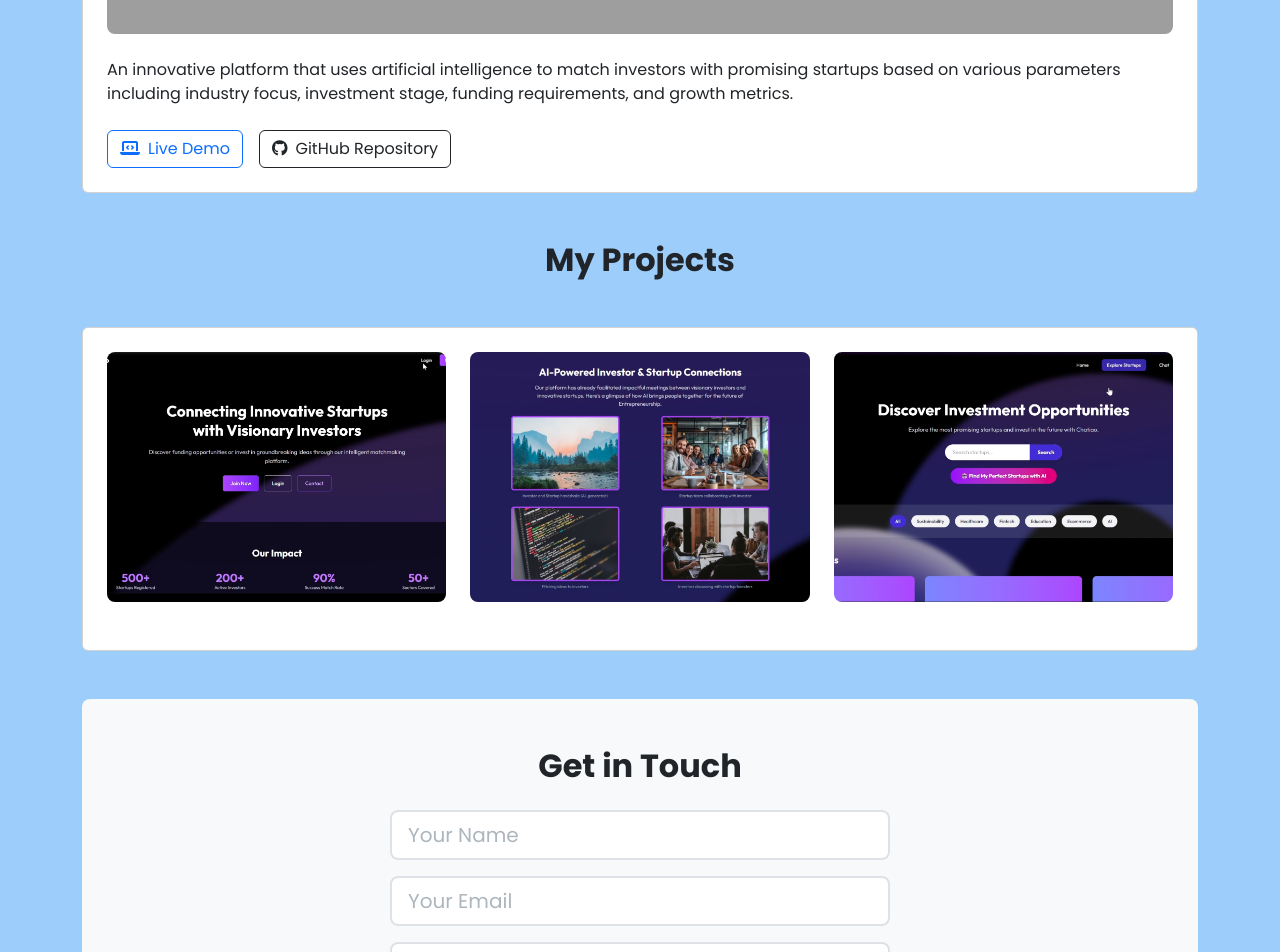
Repository: AdityaTech-Pro/Portfolio-Aditya-Verma
Page: Aditya Portfolio/index.html
An editor plug-in stored every save of this project. The page is shown before and after the next save, followed by the edit.
The browser window is 1280 px wide. The pictures show the part of the page from y = 4080 to 5032 px (the page is 5458 px tall).
Pictures or frames that could not be fetched are drawn as grey boxes.

Above is the page before, as saved 2026-01-08 00:17:00.

### Aditya Portfolio/index.html
<!DOCTYPE html>
<html lang="en">

<head>
    <meta charset="UTF-8">
    <meta name="viewport" content="width=device-width, initial-scale=1.0">
    <title>My Portfolio - Bootstrap Utilities</title>
    <!-- Bootstrap CSS -->
    <link href="https://cdn.jsdelivr.net/npm/bootstrap@5.3.2/dist/css/bootstrap.min.css" rel="stylesheet">
    <!-- Font Awesome for icons -->
    <link rel="stylesheet" href="https://cdnjs.cloudflare.com/ajax/libs/font-awesome/6.4.2/css/all.min.css">
    <!-- Google Font: Poppins -->
    <link href="https://fonts.googleapis.com/css2?family=Poppins:wght@300;400;600;700&display=swap" rel="stylesheet">
    <!-- Local custom styles -->
    <link rel="stylesheet" href="styles.css">
    <style>
        /* Custom styles to complement Bootstrap */

         :root {
            --bg: #9dcdfa;
            --card-bg: #ffffff;
            --accent: #0d6efd;
            --text: #212529;
        }

        body {
            background-color: var(--bg);
            color: var(--text);
            transition: background-color 0.3s ease, color 0.3s ease;
        }

        .profile-section {
            background: linear-gradient(to bottom, #f8f9fa, #e9ecef);
            transition: transform 0.3s ease, background 0.3s ease;
        }
        /* Top bar with theme toggle */

        .topbar {
            display: flex;
            justify-content: flex-end;
            align-items: center;
            gap: 1rem;
            margin-bottom: 1rem;
        }

        .theme-toggle {
            display: inline-flex;
            align-items: center;
            gap: 0.5rem;
            background: transparent;
            border: 1px solid rgba(0, 0, 0, 0.08);
            padding: 0.6rem 1rem;
            border-radius: 999px;
            cursor: pointer;
            color: var(--text);
            transition: all 0.3s ease;
        }

        .theme-toggle:hover {
            background: rgba(0, 0, 0, 0.05);
            transform: translateY(-1px);
        }

        .theme-toggle:active {
            transform: translateY(1px);
        }

        .theme-toggle i {
            font-size: 1.1rem;
        }

        .theme-toggle .fa-sun {
            color: #ff9500;
        }

        .theme-toggle .fa-moon {
            display: none;
            color: #6366f1;
        }

        .dark-theme .theme-toggle .fa-sun {
            display: none;
        }

        .dark-theme .theme-toggle .fa-moon {
            display: inline-block;
        }

        .btn-custom {
            transition: transform 0.3s ease;
        }

        .btn-custom:hover {
            transform: translateY(-2px);
        }

        .form-control:focus {
            box-shadow: 0 0 0 0.25rem rgba(13, 110, 253, 0.2);
        }

        .profile-img {
            width: 200px;
            height: 200px;
            object-fit: cover;
            border: 4px solid white;
            box-shadow: 0 4px 6px rgba(0, 0, 0, 0.1);
            transition: transform 0.25s ease;
        }

        .profile-img:hover {
            transform: scale(1.03);
        }
        /* Dark theme overrides */

        body.dark-theme {
            --bg: #0f1724;
            --card-bg: #111827;
            --muted: #9ca3af;
            --accent: #60a5fa;
            --text: #e6eef8;
        }

        .dark-theme .profile-section {
            background: linear-gradient(180deg, rgba(255, 255, 255, 0.02), rgba(255, 255, 255, 0.01));
        }

        .dark-theme .bg-light {
            background-color: #0b1220 !important;
            color: var(--text) !important;
            border: 1px solid rgba(255, 255, 255, 0.04);
        }

        .dark-theme .text-muted {
            color: var(--muted) !important;
        }

        .dark-theme .theme-toggle {
            border-color: rgba(255, 255, 255, 0.1);
        }

        .dark-theme .theme-toggle:hover {
            background: rgba(255, 255, 255, 0.05);
        }
        /* Small polish */

        .max-width-500 {
            max-width: 500px;
        }

        footer a {
            color: inherit;
        }

        @media (max-width: 768px) {
            .profile-img {
                width: 150px;
                height: 150px;
            }
            .topbar {
                justify-content: center;
            }
        }
        /* Project section styles */

        .project-img {
            height: 250px;
            object-fit: cover;
            border-radius: 8px;
        }

        .project-card {
            transition: transform 0.3s ease;
            background: var(--card-bg);
        }

        .project-card:hover {
            transform: translateY(-5px);
        }

        .project-links a {
            transition: opacity 0.3s ease;
        }

        .project-links a:hover {
            opacity: 0.8;
        }

        .video-container {
            position: relative;
            padding-bottom: 56.25%;
            /* 16:9 aspect ratio */
            height: 0;
            overflow: hidden;
            border-radius: 8px;
        }

        .video-container iframe {
            position: absolute;
            top: 0;
            left: 0;
            width: 100%;
            height: 100%;
            border: 0;
        }
    </style>
</head>

<body>
    <!-- Main Container -->
    <div class="container py-5">
        <!-- Top bar: theme toggle and quick actions -->
        <div class="topbar">
            <button id="themeToggle" class="theme-toggle" aria-pressed="false" aria-label="Toggle dark mode">
                <i class="fas fa-sun" aria-hidden="true"></i>
                <i class="fas fa-moon" aria-hidden="true"></i>
                <span class="visually-hidden">Toggle theme</span>
            </button>
        </div>
        <!-- Profile Section -->
        <section class="profile-section p-5 rounded-3 text-center mb-5">
            <img src="https://avatars.githubusercontent.com/u/219658559?s=400&u=7e5a78b2bf82817b3f897e4e53b1019b24af58ee&v=4" alt="Profile Picture" class="profile-img img-fluid rounded-circle mb-4">

            <h1 class="fw-bold mb-2">Aditya Verma</h1>
            <p class="text-muted fs-5 mb-4">Full Stack Web Developer who loves turning ideas into high-performance web applications. With expertise in full-stack MERN development, APIs, and AI 🧠⚙️, I focus on building smart, scalable solutions, Have Command on DSA while solving 500+
                Problem on Leetcode and Well aware about Oop 's ,DBMS ,Computer Network, OS</p>

            <!-- Action Buttons -->
            <div class="d-flex justify-content-center gap-3 mb-5">
                <button class="btn btn-primary btn-lg btn-custom">
                    Hire Me
                </button>
                <a href="./assets/AdityaVerma_Resume.pdf" class="btn btn-outline-primary " download>
                    <i class="fas fa-download me-2"></i>Download CV
                </a>
                <a href="https://www.linkedin.com/in/9905adityaverma/" class="btn btn-outline-primary " target="_blank ">
                    <i class="fa:linkedin-square"></i>My LinkedIn
                </a>
                <a href="https://github.com/AdityaTech-Pro" class="btn btn-outline-primary " target="_blank ">
                    <i class="fab fa-github me-2 "></i>My GitHub
                </a>

            </div>
        </section>

        <!-- Projects Section -->
        <section class="mb-5">
            <h2 class="text-center fw-bold mb-5"> My Projects</h2>

            <!--Project1-->
            <div class="card project-card mb-5">
                <div class="card-body p-4">
                    <h3 class="card-title fw-bold mb-3">AI-Based-Investor-Startup-Matchmaking-Platform</h3>

                    <!-- Project Images -->
                    <div class="row g-4 mb-4">
                        <div class="col-md-4">
                            <img src="./assets/P1a.png" alt="Project Screenshot 1" class="project-img img-fluid w-100">
                        </div>
                        <div class="col-md-4">
                            <img src="./assets/P1b.png" alt="Project Screenshot 2" class="project-img img-fluid w-100">
                        </div>
                        <div class="col-md-4">
                            <img src="./assets/P1c.png" alt="Project Screenshot 3" class="project-img img-fluid w-100">
                        </div>
                    </div>

                    <!-- Project Video -->
                    <div class="video-container mb-4">
                        <iframe src="./assets/Project (AI based S&IP).mp4" title="Project Demo " allow="accelerometer; autoplay; clipboard-write; encrypted-media; gyroscope; picture-in-picture " allowfullscreen></iframe>
                    </div>

                    <!-- Project Description -->
                    <p class="card-text mb-4 ">
                        An innovative platform that uses artificial intelligence to match investors with promising startups based on various parameters including industry focus, investment stage, funding requirements, and growth metrics.
                    </p>

                    <!-- Project Links -->
                    <div class="project-links d-flex gap-3 ">
                        <a href="http://localhost:3000 " class="btn btn-outline-primary " target="_blank ">
                            <i class="fas fa-laptop-code me-2 "></i>Live Demo
                        </a>
                        <a href="https://github.com/KS-Vijay/AI-Based-Investor-Startup-Matchmaking-Platform " class="btn btn-outline-dark " target="_blank ">
                            <i class="fab fa-github me-2 "></i>GitHub Repository
                        </a>
                    </div>
                </div>
            </div>

            <!--Project2-->
            <div class="card project-card mb-5 ">
                <div class="card-body p-4 ">
                    <h3 class="card-title fw-bold mb-3 ">Lung Cancer Detection using Convolutional Neural Network (CNN)</h3>

                    <!-- Project Images -->
                    <div class="row g-4 mb-4 ">
                        <div class="col-md-4 ">
                            <img src="./assets/P2a.png " alt="Project Screenshot 1 " class="project-img img-fluid w-100 ">
                        </div>
                        <div class="col-md-4 ">
                            <img src="./assets/P2b.png " alt="Project Screenshot 2 " class="project-img img-fluid w-100 ">
                        </div>
                        <div class="col-md-4 ">
                            <img src="./assets/P2c.png " alt="Project Screenshot 3 " class="project-img img-fluid w-100 ">
                        </div>
                    </div>

                    <!-- Project Video -->
                    <div class="video-container mb-4 ">
                        <iframe src="./assets/Project Lung Cancer Detection using Full Stack MERN and AIML CNN Model.mp4 " title="Project Demo " allow="accelerometer; autoplay; clipboard-write; encrypted-media; gyroscope; picture-in-picture " allowfullscreen></iframe>
                    </div>

                    <!-- Project Description -->
                    <p class="card-text mb-4 ">
                        An innovative platform that uses artificial intelligence to match investors with promising startups based on various parameters including industry focus, investment stage, funding requirements, and growth metrics.
                    </p>

                    <!-- Project Links -->
                    <div class="project-links d-flex gap-3 ">
                        <a href="http://localhost:3000 " class="btn btn-outline-primary " target="_blank ">
                            <i class="fas fa-laptop-code me-2 "></i>Live Demo
                        </a>
                        <a href="https://github.com/AdityaTech-Pro/Lung-Cancer-Detection-using-Convolutional-Neural-Network" class="btn btn-outline-dark " target="_blank ">
                            <i class="fab fa-github me-2 "></i>GitHub Repository
                        </a>
                    </div>
                </div>
            </div>

            <!--Project3-->
            <div class="card project-card mb-5 ">
                <div class="card-body p-4 ">
                    <h3 class="card-title fw-bold mb-3 ">Braj Museum</h3>

                    <!-- Project Images -->
                    <div class="row g-4 mb-4 ">
                        <div class="col-md-4 ">
                            <img src="./assets/P3a.png " alt="Project Screenshot 1 " class="project-img img-fluid w-100 ">
                        </div>
                        <div class="col-md-4 ">
                            <img src="./assets/P3b.png " alt="Project Screenshot 2 " class="project-img img-fluid w-100 ">
                        </div>
                        <div class="col-md-4 ">
                            <img src="./assets/P3c.png " alt="Project Screenshot 3 " class="project-img img-fluid w-100 ">
                        </div>
                    </div>

                    <!-- Project Video -->
                    <div class="video-container mb-4 ">
                        <iframe src="./assets/Braj-Museum.mp4 " title="Project Demo " allow="accelerometer; autoplay; clipboard-write; encrypted-media; gyroscope; picture-in-picture " allowfullscreen></iframe>
                    </div>

                    <!-- Project Description -->
                    <p class="card-text mb-4 ">
                        An innovative platform that uses artificial intelligence to match investors with promising startups based on various parameters including industry focus, investment stage, funding requirements, and growth metrics.
                    </p>

                    <!-- Project Links -->
                    <div class="project-links d-flex gap-3 ">
                        <a href="http://localhost:3000 " class="btn btn-outline-primary " target="_blank ">
                            <i class="fas fa-laptop-code me-2 "></i>Live Demo
                        </a>
                        <a href="https://github.com/AdityaTech-Pro/Braj-Museum " class="btn btn-outline-dark " target="_blank ">
                            <i class="fab fa-github me-2 "></i>GitHub Repository
                        </a>
                    </div>
                </div>
            </div>
        </section>

        <section class="mb-5">
            <h2 class="text-center fw-bold mb-5"> My Projects</h2>
            <!--Certificate1-->
            <div class="card project-card mb-5">
                <div class="card-body p-4">
                    <div class="row g-4 mb-4">
                        <div class="col-md-4">
                            <img src="./assets/P1a.png" alt="Project Screenshot 1" class="project-img img-fluid w-100">
                        </div>
                        <div class="col-md-4">
                            <img src="./assets/P1b.png" alt="Project Screenshot 2" class="project-img img-fluid w-100">
                        </div>
                        <div class="col-md-4">
                            <img src="./assets/P1c.png" alt="Project Screenshot 3" class="project-img img-fluid w-100">
                        </div>
                    </div>


                </div>
            </div>
        </section>

        <!-- Contact Form Section -->
        <section class="bg-light p-5 rounded-3 ">
            <h2 class="text-center fw-bold mb-4 ">Get in Touch</h2>

            <form class="max-width-500 mx-auto ">
                <div class="mb-3 ">
                    <input type="text " class="form-control form-control-lg " placeholder="Your Name " required>
                </div>

                <div class="mb-3 ">
                    <input type="email " class="form-control form-control-lg " placeholder="Your Email " required>
                </div>

                <div class="mb-4 ">
                    <textarea class="form-control form-control-lg " rows="4 " placeholder="Your Message " required></textarea>
                </div>

                <div class="text-center ">
                    <button type="submit " class="btn btn-primary btn-lg px-5 btn-custom ">
                        Send Message
                    </button>
                </div>
            </form>
        </section>

        <!-- Footer -->
        <footer class="text-center mt-5 ">
            <div class="d-flex justify-content-center gap-3 ">
                <a href="https://www.linkedin.com/in/aditya-verma-2a3915289/ " class="text-decoration-none text-dark ">LinkedIn</a>
                <a href="https://github.com/AdityaTech-Pro " class="text-decoration-none text-dark ">GitHub</a>
                <a href="# " class="text-decoration-none text-dark "></a>
            </div>
            <p class="text-muted mt-3 ">&copy; 2025 My Portfolio. All rights reserved.</p>
        </footer>
    </div>

    <!-- Theme toggle script -->
    <script>
        (function() {
            const toggle = document.getElementById('themeToggle');
            const body = document.body;
            const saved = localStorage.getItem('theme');

            if (!toggle) return;

            function applyTheme(theme) {
                if (theme === 'dark') {
                    body.classList.add('dark-theme');
                    toggle.setAttribute('aria-pressed', 'true');
                } else {
                    body.classList.remove('dark-theme');
                    toggle.setAttribute('aria-pressed', 'false');
                }
            }

            // initial theme: saved -> user preference -> light
            if (saved) {
                applyTheme(saved);
            } else if (window.matchMedia && window.matchMedia('(prefers-color-scheme: dark)').matches) {
                applyTheme('dark');
            }

            toggle.addEventListener('click', function() {
                const isDark = body.classList.toggle('dark-theme');
                localStorage.setItem('theme', isDark ? 'dark' : 'light');
                toggle.setAttribute('aria-pressed', String(isDark));
            });
        })();
    </script>

    <!-- Bootstrap JS -->
    <script src="https://cdn.jsdelivr.net/npm/bootstrap@5.3.2/dist/js/bootstrap.bundle.min.js "></script>
</body>

</html>

### Aditya Portfolio/styles.css
/* Custom styles to enhance Bootstrap */

/* Body and general styles */
body {
    font-family: 'Poppins', 'Segoe UI', system-ui, -apple-system, sans-serif;
    background-color: #ffffff;
}

/* Container max-width for larger screens */
.container {
    max-width: 1140px;
}

/* Profile section styling */
.profile-section {
    background: linear-gradient(135deg, #f8f9fa 0%, #e9ecef 100%);
    border: 1px solid rgba(0, 0, 0, 0.1);
    transition: transform 0.3s ease;
}

.profile-section:hover {
    transform: translateY(-5px);
}

/* Profile image styling */
.profile-img {
    width: 200px;
    height: 200px;
    object-fit: cover;
    border: 4px solid white;
    box-shadow: 0 4px 15px rgba(0, 0, 0, 0.1);
    transition: transform 0.3s ease;
}

.profile-img:hover {
    transform: scale(1.05);
}

/* Button enhancements */
.btn-custom {
    transition: all 0.3s ease;
    position: relative;
    overflow: hidden;
}

.btn-custom:hover {
    transform: translateY(-2px);
    box-shadow: 0 5px 15px rgba(0, 0, 0, 0.1);
}

.btn-custom:active {
    transform: translateY(0);
}

/* Form styling */
.form-control {
    border: 2px solid #dee2e6;
    transition: all 0.3s ease;
}

.form-control:focus {
    border-color: #0d6efd;
    box-shadow: 0 0 0 0.25rem rgba(13, 110, 253, 0.2);
}

.form-control::placeholder {
    color: #adb5bd;
}

/* Social links styling */
.social-links a {
    transition: color 0.3s ease, transform 0.15s ease;
    color: #0d6efd;
    font-weight: 700;
}

.social-links a:hover {
    color: #0b5ed7 !important;
    transform: translateY(-1px);
}

/* Custom animations */
@keyframes fadeInUp {
    from {
        opacity: 0;
        transform: translateY(20px);
    }
    to {
        opacity: 1;
        transform: translateY(0);
    }
}

.profile-section, .contact-form {
    animation: fadeInUp 0.5s ease-out forwards;
}

/* Form success state */
.form-control:valid {
    border-color: #198754;
}

/* Custom section styling */
.custom-section {
    border-radius: 15px;
    overflow: hidden;
}

/* Typography enhancements */
h1 {
    letter-spacing: -0.5px;
}

.tagline {
    font-size: 1.25rem;
    color: #6c757d;
}

/* Responsive adjustments */
@media (max-width: 768px) {
    .profile-img {
        width: 150px;
        height: 150px;
    }

    .btn-custom {
        width: 100%;
        margin-bottom: 0.5rem;
    }

    .profile-section {
        padding: 2rem !important;
    }
}

/* Dark mode support */
@media (prefers-color-scheme: dark) {
    body {
        background-color: #212529;
        color: #f8f9fa;
    }

    .profile-section {
        background: linear-gradient(135deg, #343a40 0%, #212529 100%);
    }

    .form-control {
        background-color: #343a40;
        border-color: #495057;
        color: #f8f9fa;
    }

    .form-control::placeholder {
        color: #6c757d;
    }

    .bg-light {
        background-color: #343a40 !important;
    }

    .text-dark {
        color: #f8f9fa !important;
    }
}

/* When user toggles dark-theme via JS */
.dark-theme .social-links a {
    color: #93c5fd;
}

.dark-theme .social-links a:hover {
    color: #60a5fa !important;
}

/* Handle anchors that also carry Bootstrap's .text-dark (which uses !important) */
.social-links a.text-dark {
    color: #0d6efd !important;
    font-weight: 700;
}

.dark-theme .social-links a.text-dark {
    color: #93c5fd !important;
}

/* Loading animation */
.page-loading {
    opacity: 0;
    animation: fadeIn 0.5s ease-out forwards;
}

@keyframes fadeIn {
    to {
        opacity: 1;
    }
}

/* Custom scrollbar */
::-webkit-scrollbar {
    width: 10px;
}

::-webkit-scrollbar-track {
    background: #f1f1f1;
}

::-webkit-scrollbar-thumb {
    background: #888;
    border-radius: 5px;
}

::-webkit-scrollbar-thumb:hover {
    background: #555;
}

After the next save:
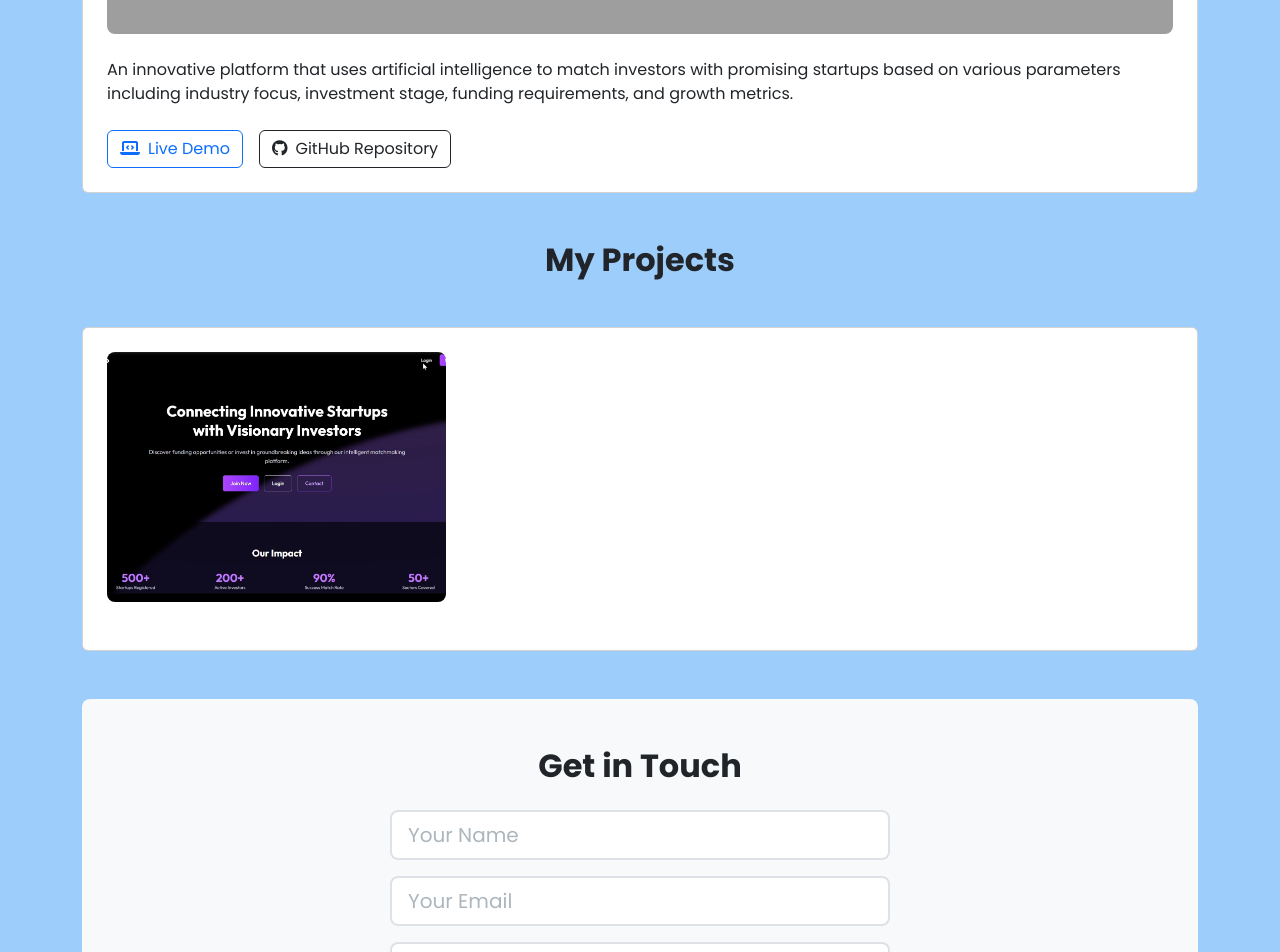
Saved 9 s later.
--- a/Aditya Portfolio/index.html
+++ b/Aditya Portfolio/index.html
@@ -376,12 +376,7 @@
                         <div class="col-md-4">
                             <img src="./assets/P1a.png" alt="Project Screenshot 1" class="project-img img-fluid w-100">
                         </div>
-                        <div class="col-md-4">
-                            <img src="./assets/P1b.png" alt="Project Screenshot 2" class="project-img img-fluid w-100">
-                        </div>
-                        <div class="col-md-4">
-                            <img src="./assets/P1c.png" alt="Project Screenshot 3" class="project-img img-fluid w-100">
-                        </div>
+
                     </div>
 
 
